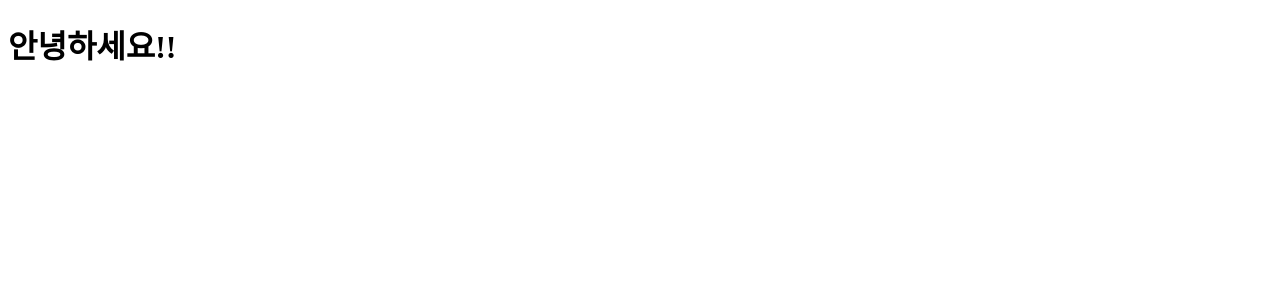
Repository: parkgyutaee/My_JAVA_Project
Page: http://localhost/JSPStudy/welcome.jsp
The author's editor kept a copy of each file at every save. The page is drawn from the files as they stood at one save, then again after the next save.
The browser window is 1280 px wide. The pictures show the whole page.
The page is served by Tomcat 9.

Above is the page before, as saved 2025-07-09 05:31:35.

After the next save:
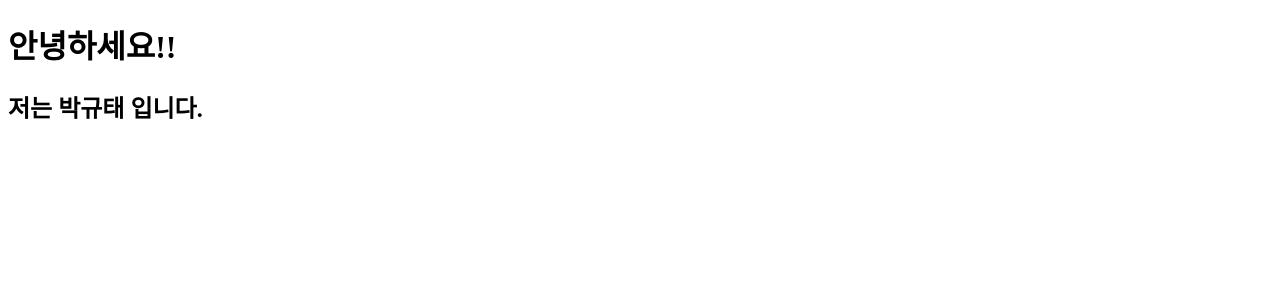
Saved 13 min 29 s later.
--- a/Workspace/JSPStudy/src/main/webapp/welcome.jsp
+++ b/Workspace/JSPStudy/src/main/webapp/welcome.jsp
@@ -6,7 +6,10 @@
 <meta charset="UTF-8">
 <title>Insert title here</title>
 </head>
+
 <body>
 	<h1>안녕하세요!!</h1>
+	<h2>저는 박규태 입니다.</h2>
 </body>
+
 </html>
